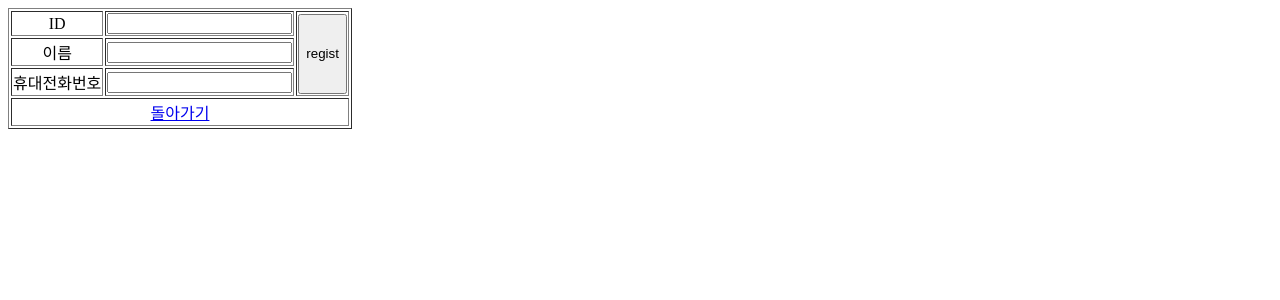
Repository: wake45/Web_Programming_Project
Page: Web_기말프로젝트_20145150_이상욱/Project/WebContent/findPwd.html
An editor plug-in stored every save of this project. The page is shown before and after the next save, followed by the edit.
The browser window is 1280 px wide. The pictures show the whole page.

Above is the page before, as saved 2018-06-11 07:40:57.

After the next save:
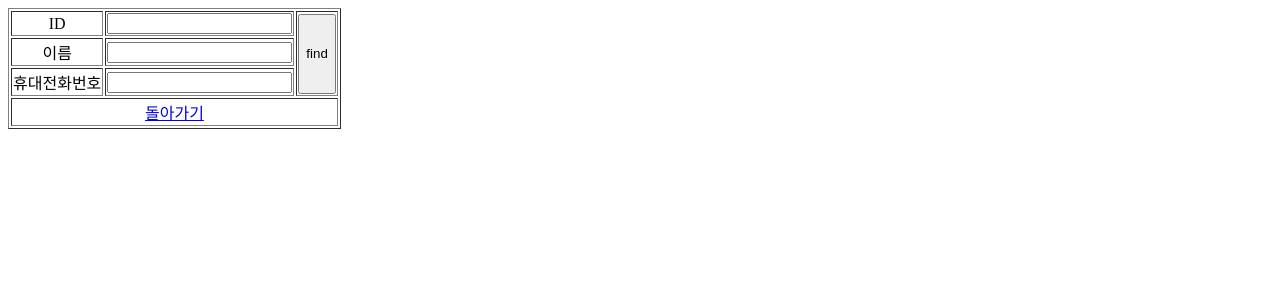
Saved 20 s later.
--- a/Web_기말프로젝트_20145150_이상욱/Project/WebContent/findPwd.html
+++ b/Web_기말프로젝트_20145150_이상욱/Project/WebContent/findPwd.html
@@ -9,7 +9,7 @@
 		<tr>
 			<td align="center">ID
 			<td> <input type=text name=id>
-			<td rowspan="3" align="center"><input type=submit value=regist style="height: 80px;"></td>
+			<td rowspan="3" align="center"><input type=submit value=find style="height: 80px;"></td>
 		<tr>
 			<td align="center">이름
 			<td><input type=text name=name>
